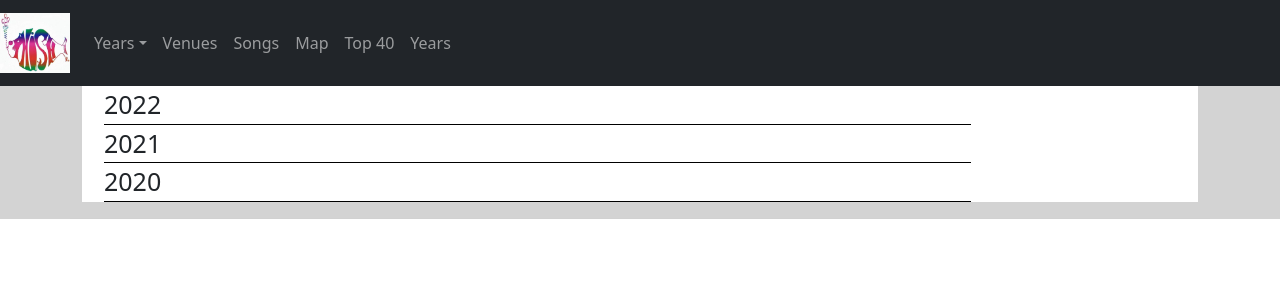
Repository: Jcparks84/gonePhishin
Page: / (app in my-app/)
The author's editor kept a copy of each file at every save. The page is drawn from the files as they stood at one save, then again after the next save.
The browser window is 1280 px wide. The pictures show the whole page.
The page's requests for data from a server got no answer. The project was rebuilt for these pictures with package versions that can differ from the ones it lists, and the page was loaded fresh each time. No one was signed in, and anything a server would have sent is missing. Also part of the build but not shown: my-app/src/components/audioPlayer/audioPlayer.js.

Above is the page before, as saved 2022-08-16 18:27:23.

### my-app/src/App.js
import './App.css';
import AudioPlayer from './components/audioPlayer/audioPlayer';
import Navbar from './components/navbar/navBar'
import YearPage from './pages/yearPage/yearPage';



function App() {
  const apiKey = process.env.REACT_APP_API_KEY


  return (
    <div className="App">
      <div>
      <Navbar fixed="top" />
      </div>
      <div>
        <YearPage/>
      </div>
      {/* <div>
        <AudioPlayer/>
      </div> */}

    </div>

  );
}

export default App;

### my-app/src/App.css
.App {
  text-align: center;
  background-color: #d3d3d3;
}

.App-logo {
  height: 40vmin;
  pointer-events: none;
}

@media (prefers-reduced-motion: no-preference) {
  .App-logo {
    animation: App-logo-spin infinite 20s linear;
  }
}

.App-header {
  background-color: #282c34;
  min-height: 100vh;
  display: flex;
  flex-direction: column;
  align-items: center;
  justify-content: center;
  font-size: calc(10px + 2vmin);
  color: white;
}

.App-link {
  color: #61dafb;
}

@keyframes App-logo-spin {
  from {
    transform: rotate(0deg);
  }
  to {
    transform: rotate(360deg);
  }
}

### my-app/src/components/navbar/navBar.js
import logo from '../images/phish.png'
import './navBar.css';
import 'bootstrap/dist/css/bootstrap.css'
import { Nav, Navbar, NavDropdown } from 'react-bootstrap'
import AudioPlayer from '../audioPlayer/audioPlayer';
import YearPage from '../../pages/yearPage/yearPage';



function NavBar() {
  return (
    <div className="navBar">
      <Navbar bg="dark" variant="dark"
        sticky="top" expand="sm" collapseOnSelect>
        <Navbar.Brand>
          <img src={logo} width="70px" height="60px" />{' '}
        </Navbar.Brand>

        <Navbar.Toggle className="coloring" />
        <Navbar.Collapse>
          <Nav>
            <NavDropdown title="Years">
              <NavDropdown.Item href="#years/2021">2021</NavDropdown.Item>
              <NavDropdown.Item href="#years/2020">2020</NavDropdown.Item>
              <NavDropdown.Item href="#years/2019">2019</NavDropdown.Item>
            </NavDropdown>
            <Nav.Link href="#Venues">Venues</Nav.Link>
            <Nav.Link href="#contact-us">Songs</Nav.Link>
            <Nav.Link href="#contact-us">Map</Nav.Link>
            <Nav.Link href="#contact-us">Top 40</Nav.Link>
            <Nav.Link path="#years">{YearPage}Years</Nav.Link>

          </Nav>
        </Navbar.Collapse>

      </Navbar>
    </div>
  );
}


export default NavBar;

### my-app/src/pages/yearPage/yearPage.js
import React from 'react'
import './yearPage.css'


function YearPage(){
    return(
        <div className='container'>
            <body>
                <ul>
                    <li>2022</li>
                    <li>2021</li>
                    <li>2020</li>
                </ul>
            </body>
        </div>
    )
}

export default YearPage;

### my-app/src/components/navbar/navBar.css
.bg-myRed{
    background-color: crimson;
  }

  .content{
    padding: 12px;
    height: 3000px;
  }

  .coloring{
    color: black;
  }

  nav.link {
    align-items: center;
  }

### my-app/src/pages/yearPage/yearPage.css

.container {
    border-bottom: 1px solid #D1D1D1;
    color: #8C4600;
    font-family: "Trebuchet MS", Arial, Helvetica, sans-serif;
    font-weight: bold;
    font-size: 15px;}

body {
    margin: 0px;
    padding: 0px;
 }


li {
    text-align: left;
    font-size: 25px;
    border-bottom:solid black 1px;
    width: 80%;    margin-left:-10px;
}

ul {
    list-style-type: none;
}

Loaded but not shown: my-app/public/index.html (common file); my-app/src/index.js (common file); my-app/src/index.css (common file); my-app/src/reportWebVitals.js (common file)

After the next save:
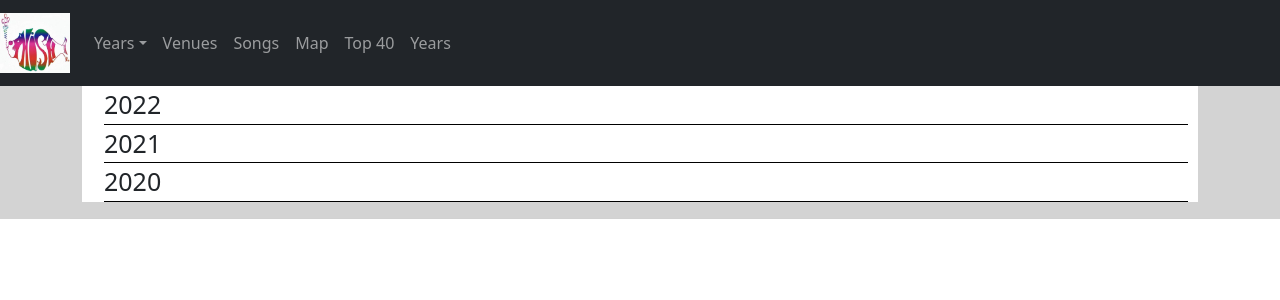
Saved 7 s later.
--- a/my-app/src/pages/yearPage/yearPage.css
+++ b/my-app/src/pages/yearPage/yearPage.css
@@ -16,7 +16,7 @@ li {
     text-align: left;
     font-size: 25px;
     border-bottom:solid black 1px;
-    width: 80%;    margin-left:-10px;
+    width: 100%;    margin-left:-10px;
 }
 
 ul {
